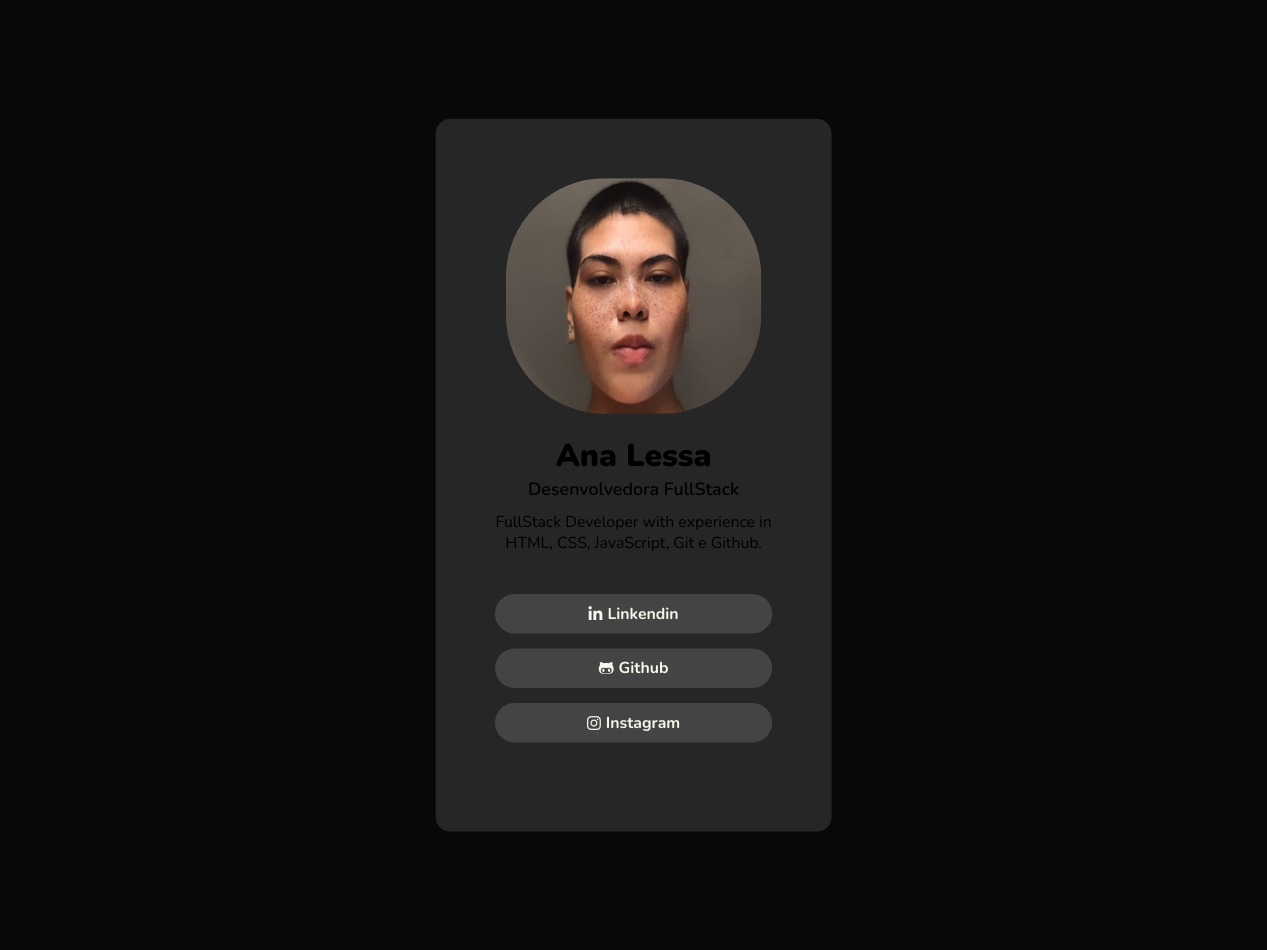
Repository: analessp/linktree
Page: index.html
An editor plug-in stored every save of this project. The page is shown before and after the next save, followed by the edit.
The browser window is 1280 px wide. The pictures show the whole page, at 99% of full size.

Above is the page before, as saved 2025-04-11 10:51:28.

After the next save:
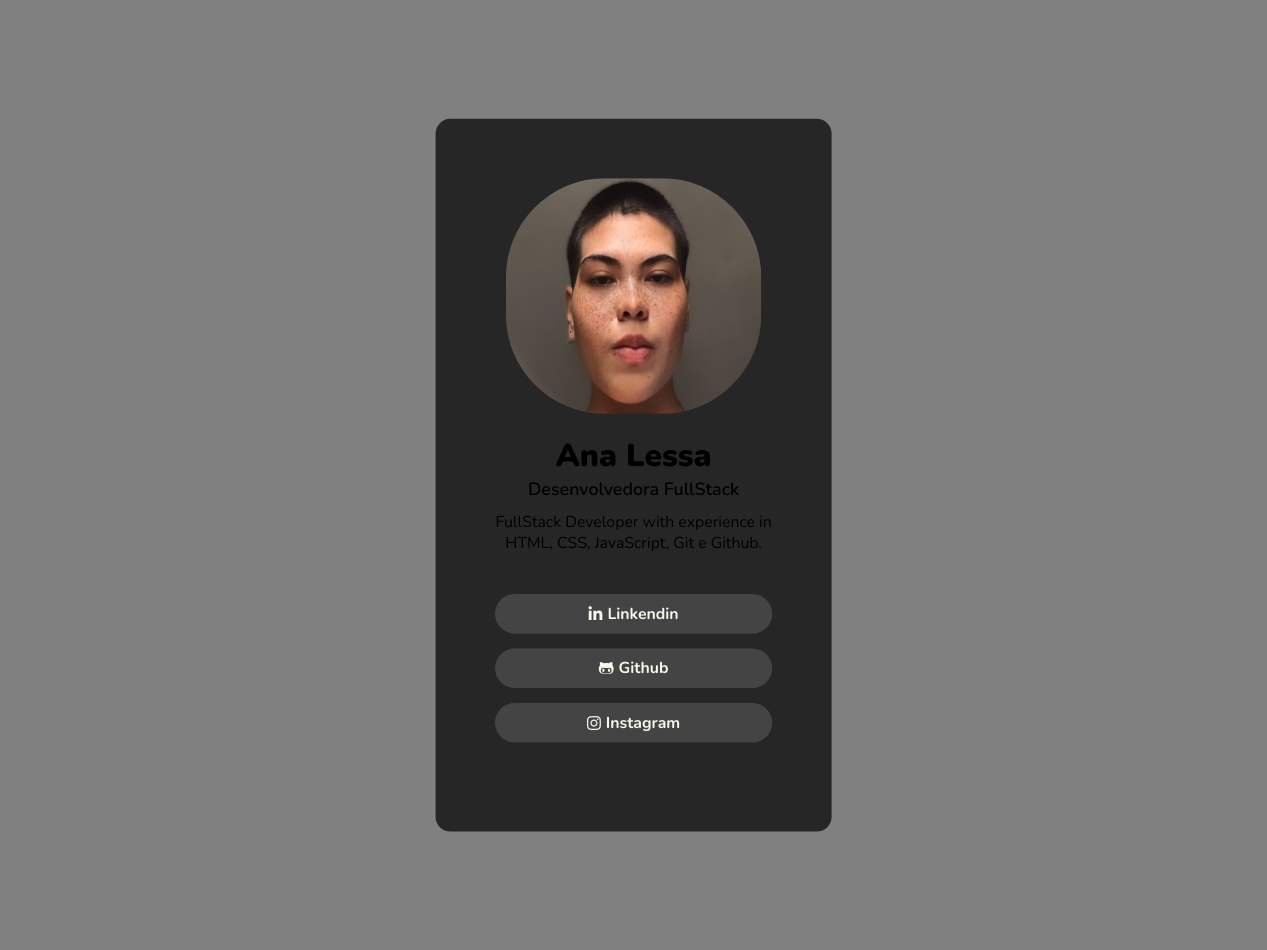
Saved 118 s later.
--- a/style.css
+++ b/style.css
@@ -6,7 +6,7 @@
 }
 
 body {
-    background-color: #080808;
+    background-color: #808080;
 }
 
 .container-main {
